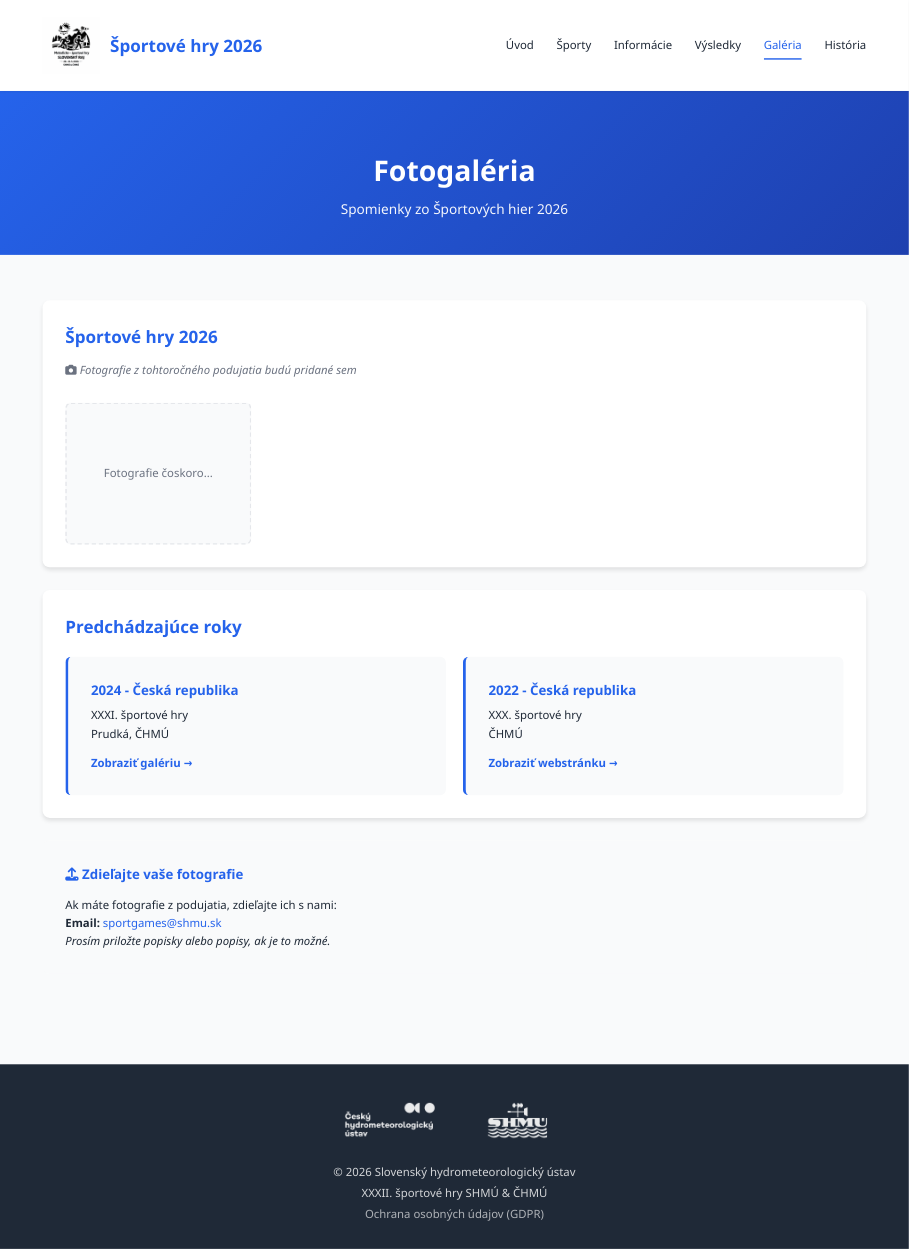
Repository: samiljimari/SHMU-web
Page: gallery.html
The author's editor kept a copy of each file at every save. The page is drawn from the files as they stood at one save, then again after the next save.
The browser window is 1280 px wide. The pictures show the whole page, at 71% of full size.

Above is the page before, as saved 2026-01-14 14:31:13.

After the next save:
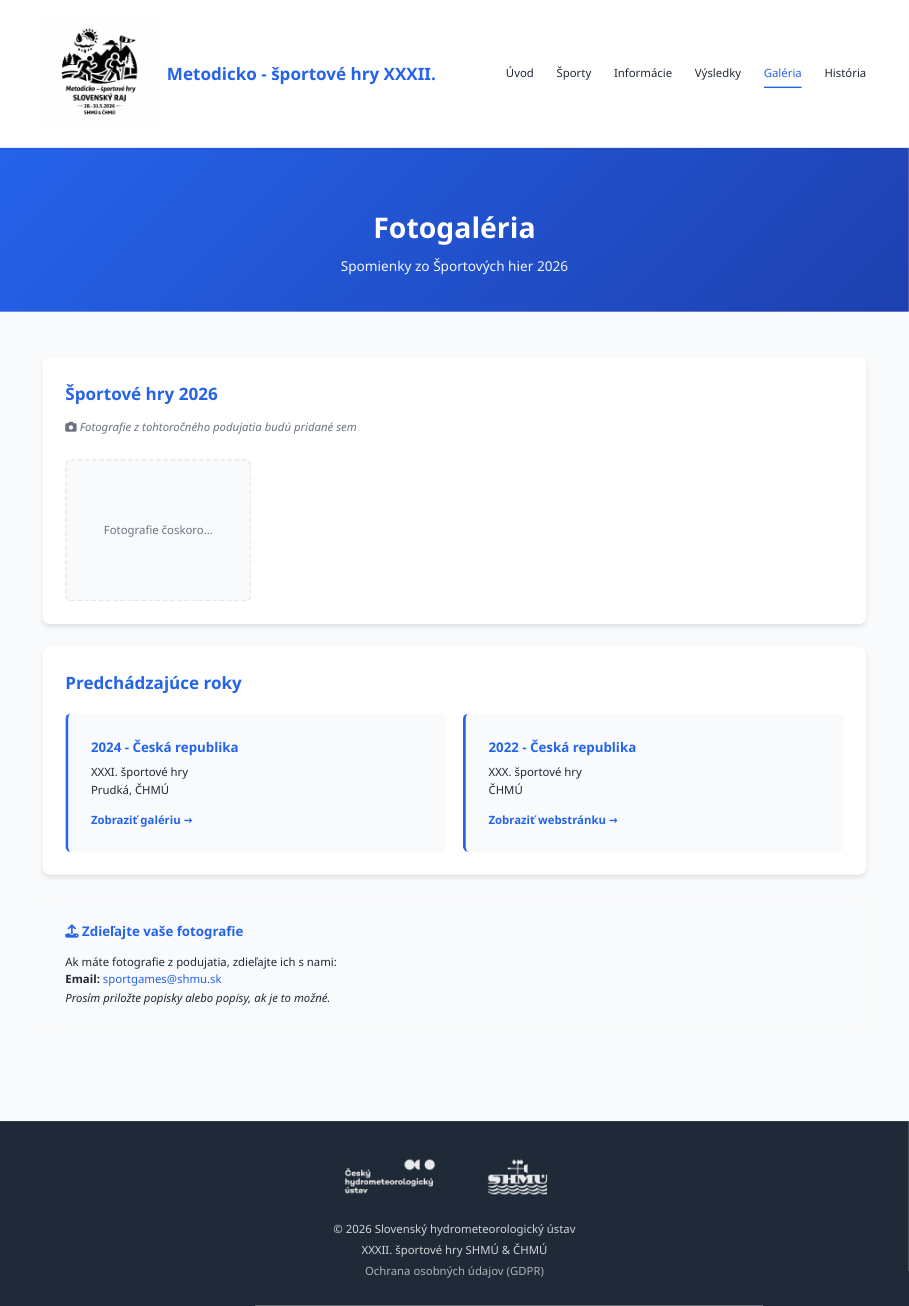
Saved 15 min 44 s later.
--- a/gallery.html
+++ b/gallery.html
@@ -13,7 +13,7 @@
             <div class="container">
                 <div class="logo">
                     <img src="site_logo.png" alt="Logo" class="site-logo">
-                    <h1>Športové hry 2026</h1>
+                    <h1>Metodicko - športové hry XXXII.</h1>
                 </div>
                 <ul class="nav-menu">
                     <li><a href="index.html">Úvod</a></li>
--- a/css/style.css
+++ b/css/style.css
@@ -54,7 +54,7 @@
 }
 
 .site-logo {
-    height: 80px;
+    height: 160px;
     width: auto;
     object-fit: contain;
 }
@@ -898,7 +898,7 @@
     }
 
     .site-logo {
-        height: 60px;
+        height: 120px;
     }
 
     .logo h1 {
